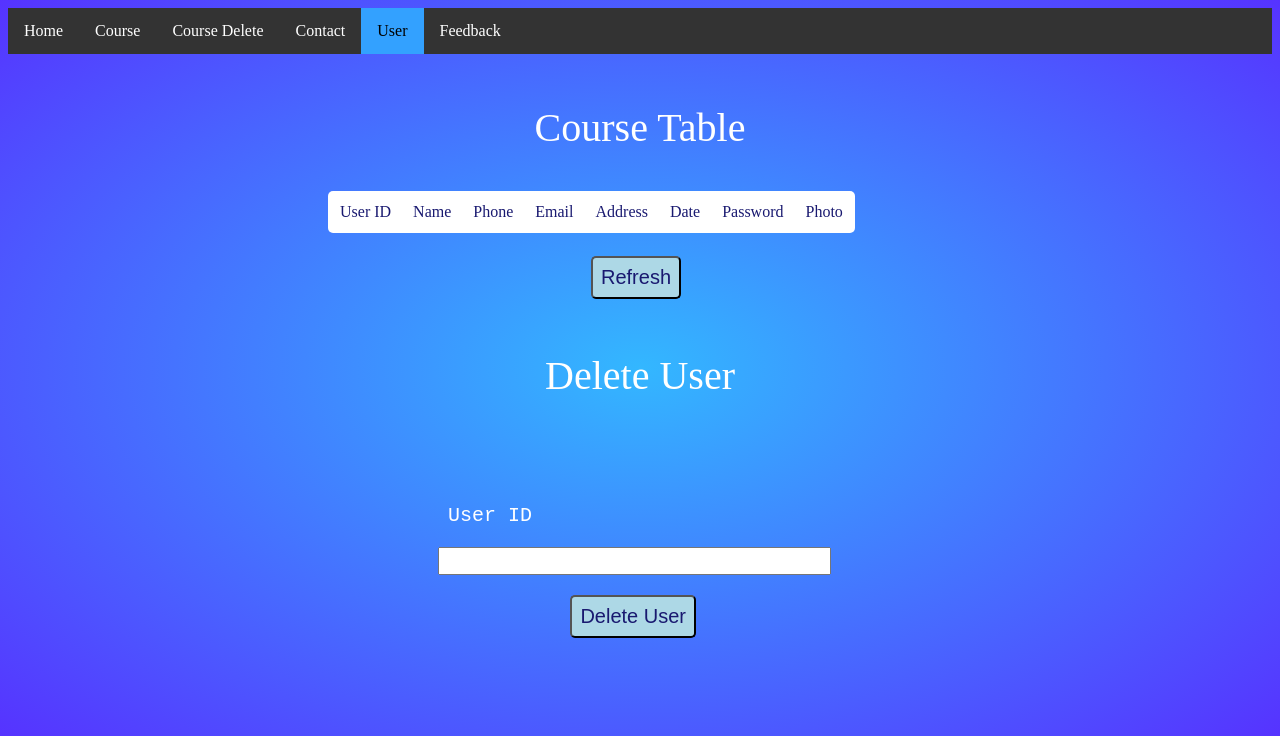
Repository: ShreyasG27/Amdocs-Training
Page: http://localhost/elearning-frontend/userdisplay.jsp
These files come from the project's save history. The page is drawn as it stood at one moment and after the next save; the edit follows.
The browser window is 1280 px wide. The pictures show the whole page.
The page is served by Tomcat 9. Nobody is signed in. The application's start-up code is not run. Other server files are loaded and not shown. Queries for data that is not in the repository find no rows.

Above is the page before, as saved 2021-08-23 04:29:30.

### elearning-frontend/WebContent/userdisplay.jsp
<%@ page language="java" contentType="text/html; charset=ISO-8859-1"
    pageEncoding="ISO-8859-1"%>
           <%@ page import="java.sql.*" %>
<%@ page import="java.io.*" %>
<!DOCTYPE html PUBLIC "-//W3C//DTD HTML 4.01 Transitional//EN" "http://www.w3.org/TR/html4/loose.dtd">
<html>
<head>
<meta http-equiv="Content-Type" content="text/html; charset=ISO-8859-1">
<title>Course Page</title>
<style>
body{
	background-image: radial-gradient(#33B7FF,#5633ff);
	color: white;
	height: 100vh;
}
.heading{
font-size:40px;
margin-top: 50px;
}
.submitbutton{
	margin-left:580px;
	padding:8px;
	font-size:20px;
	color: midnightblue;
	background-color:lightblue;
	border-radius:5px;
	margin-top: 20px;
}
.submitbutton:hover{
	margin-left:580px;
	padding:8px;
	font-size:20px;
	color: midnightblue;
	background-color:cyan;
	border-radius:5px;
	margin-top: 20px;
}
.deletebutton{
	margin-left:500px;
	padding:8px;
	font-size:20px;
	color: midnightblue;
	background-color:lightblue;
	border-radius:5px;
	margin-top: 20px;
}
.deletebutton:hover{
	margin-left:500px;
	padding:8px;
	font-size:20px;
	color: midnightblue;
	background-color:cyan;
	border-radius:5px;
	margin-top: 20px;
}
.inputfld{
	margin-left: 430px;
	padding: 5px;
	broder-radius:10px;
	font-size:12px;
	width:30%;
}
.inputfld1{
	margin-left: 420px;
	padding: 5px;
	broder-radius:10px;
	font-size:12px;
	width:30%;
}
.inputfld2{
	margin-left: 438px;
	padding: 5px;
	broder-radius:10px;
	font-size:12px;
	width:30%;
}
.txtfld{
	font-size:20px;
	margin-left:440px;
}
ul {
  list-style-type: none;
  margin: 0;
  padding: 0;
  overflow: hidden;
  background-color: #333;
  width:100%;
}

li {
  float: left;
}

li a {
  display: block;
  color: white;
  text-align: center;
  padding: 14px 16px;
  text-decoration: none;
}

li a:hover:not(.active) {
  background-color: #111;
}

.active {
  background-color: #33A1FF;
  color: black;
}
.tableedit{
	margin-left:320px;
	border-radius:5px;
	background-color:white;
}
</style>
</head>
<body>
<ul>
  <li><a href="afterloginadm.jsp">Home</a></li>
  <li><a href="course.jsp">Course</a></li>
  <li><a href="coursedisp.jsp">Course Delete</a></li>
  <li><a href="contactdisplay.jsp">Contact</a></li>
  <li><a class="active"  href="userdisplay.jsp">User</a></li>
  <li><a href="feedbackdisplay.jsp">Feedback</a></li>
</ul>
<center><p class="heading">Course Table</p></center>
<%
try {
/* Create string of connection url within specified format with machine
name, port number and database name. Here machine name id localhost and
database name is student. */
String connectionURL = "jdbc:mysql://localhost:3306/elearningschema";
// declare a connection by using Connection interface
Connection connection = null;
/* declare object of Statement interface that is used for executing sql
statements. */
Statement statement = null;
// declare a resultset that uses as a table for output data from tha table.
ResultSet rs = null;
// Load JBBC driver "com.mysql.jdbc.Driver"
Class.forName("com.mysql.cj.jdbc.Driver").newInstance();
/* Create a connection by using getConnection() method that takes parameters
of string type connection url, user name and password to connect to database.*/
connection = DriverManager.getConnection(connectionURL, "root", "root");
/* createStatement() is used for create statement object that is used for
sending sql statements to the specified database. */
statement = connection.createStatement();
// sql query to retrieve values from the secified table.
String QueryString = "SELECT * from user1";
rs = statement.executeQuery(QueryString);
%>
<TABLE class="tableedit" cellpadding="10" style=" color:midnightblue;">
<TR>
<TD>User ID</TD>
<TD>Name</TD>
<TD>Phone</TD>
<TD>Email</TD>
<TD>Address</TD>
<TD>Date</TD>
<TD>Password</TD>
<TD>Photo</TD>
</TR>
<%
while (rs.next()) {
%>
<TR>
<TD><%=rs.getInt(1)%></TD>
<TD><%=rs.getString(2)%></TD>
<TD><%=rs.getLong(3)%></TD>
<TD><%=rs.getString(4)%></TD>
<TD><%=rs.getString(5)%></TD>
<TD><%=rs.getString(6)%></TD>
<TD><%=rs.getString(7)%></TD>
<TD><%=rs.getString(8)%></TD>
</TR>
<% } %>
<%
// close all the connections.
rs.close();
statement.close();
connection.close();
} catch (Exception ex) {
%>
</font>
<font size="+3" color="red"></b>
<%
out.println("Unable to connect to database.");
}
%>
</TABLE><TABLE>
<TR>
<TD><FORM ACTION="userdisplay.jsp" method="get" >
<button class="submitbutton" type="refresh">Refresh</button></TD>
</TR>
</TABLE>
</font>
<center><p class="heading">Delete User</p></center>
<form action="userdelete" method="POST">
    <pre>


     <p class="txtfld">User ID</p><input class="inputfld" type="number" name="userid">
     	<input class="deletebutton" type="submit" value="Delete User"><br>


    </pre>
</form>
</body>
</html>

After the next save:
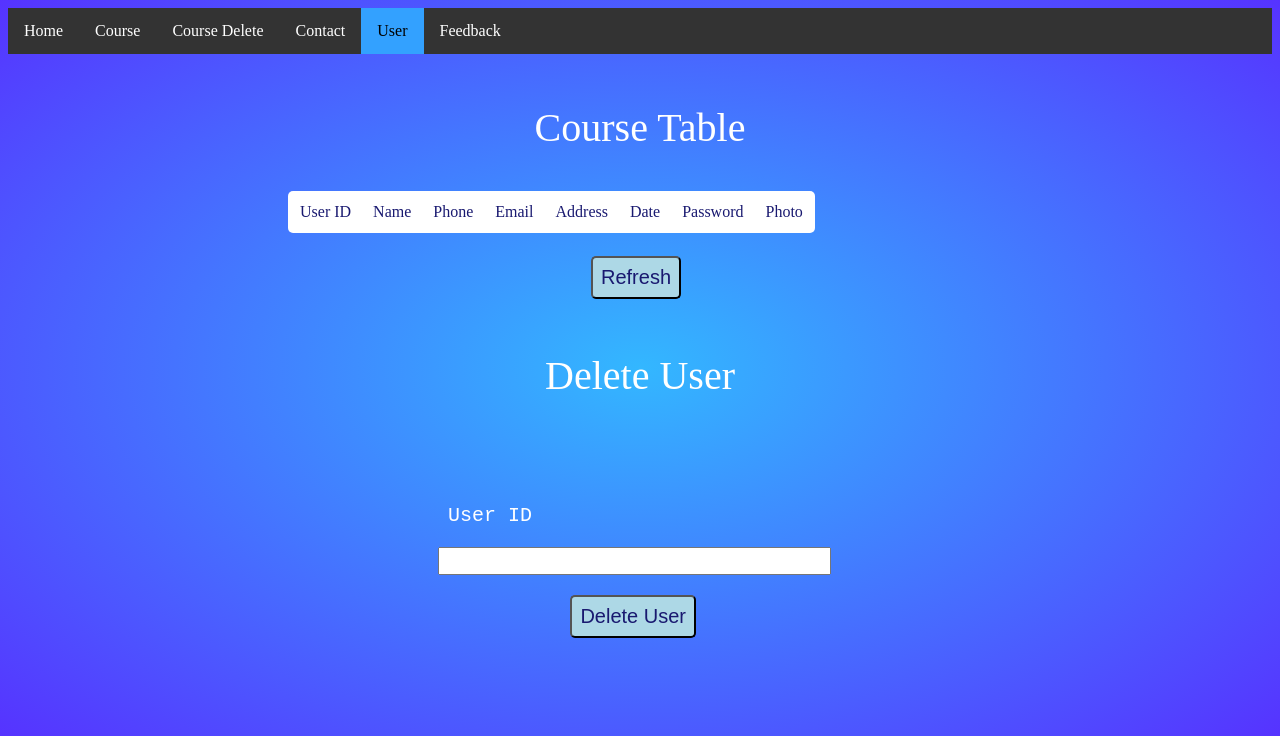
Saved 21 s later.
--- a/elearning-frontend/WebContent/userdisplay.jsp
+++ b/elearning-frontend/WebContent/userdisplay.jsp
@@ -108,7 +108,7 @@ li a:hover:not(.active) {
   color: black;
 }
 .tableedit{
-	margin-left:320px;
+	margin-left:280px;
 	border-radius:5px;
 	background-color:white;
 }
